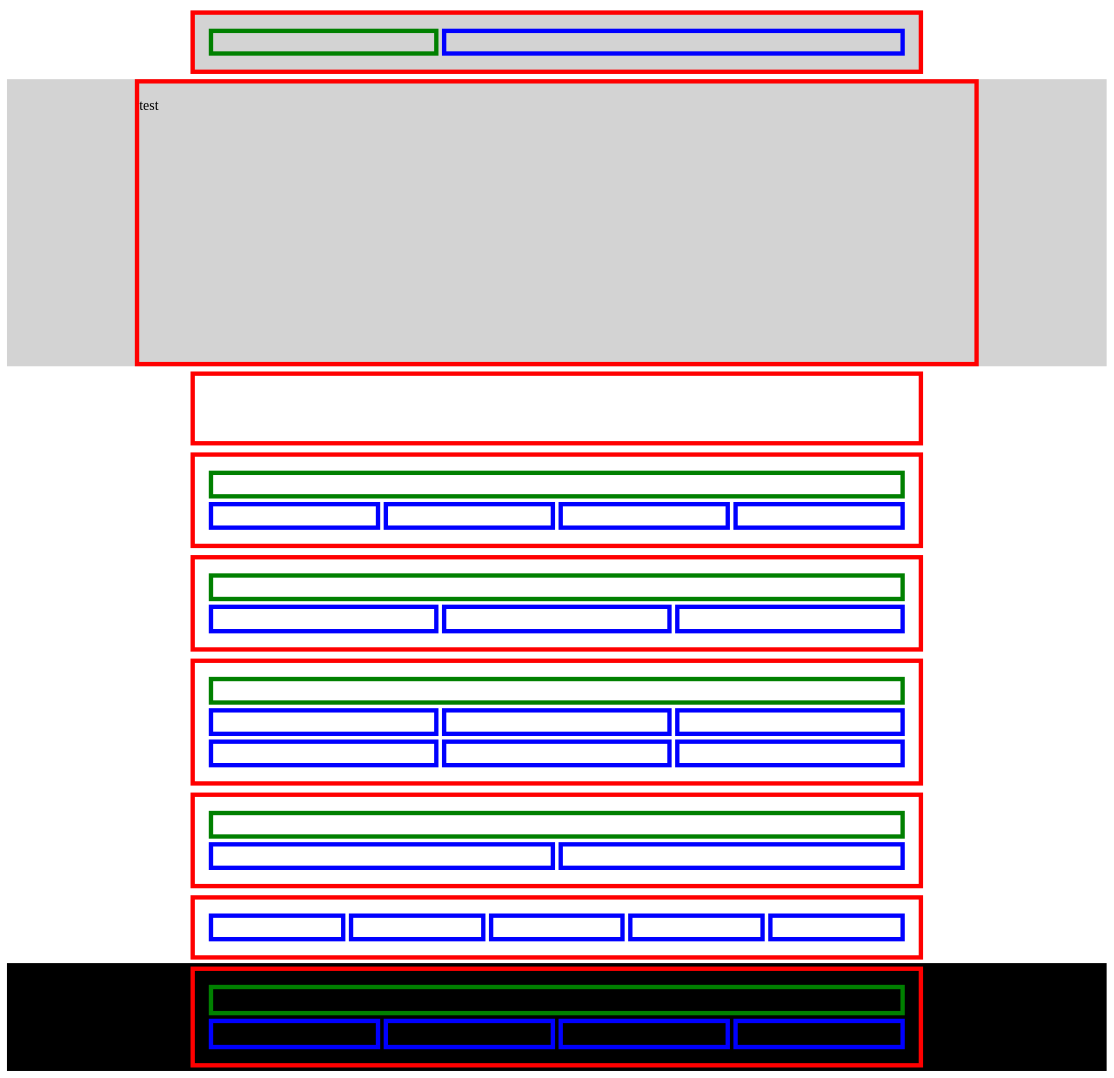
Repository: anderscederberg11/LAB2BG
Page: index.html
An editor plug-in stored every save of this project. The page is shown before and after the next save, followed by the edit.
The browser window is 1280 px wide. The pictures show the whole page, at 87% of full size.

Above is the page before, as saved 2024-01-30 22:57:41.

After the next save:
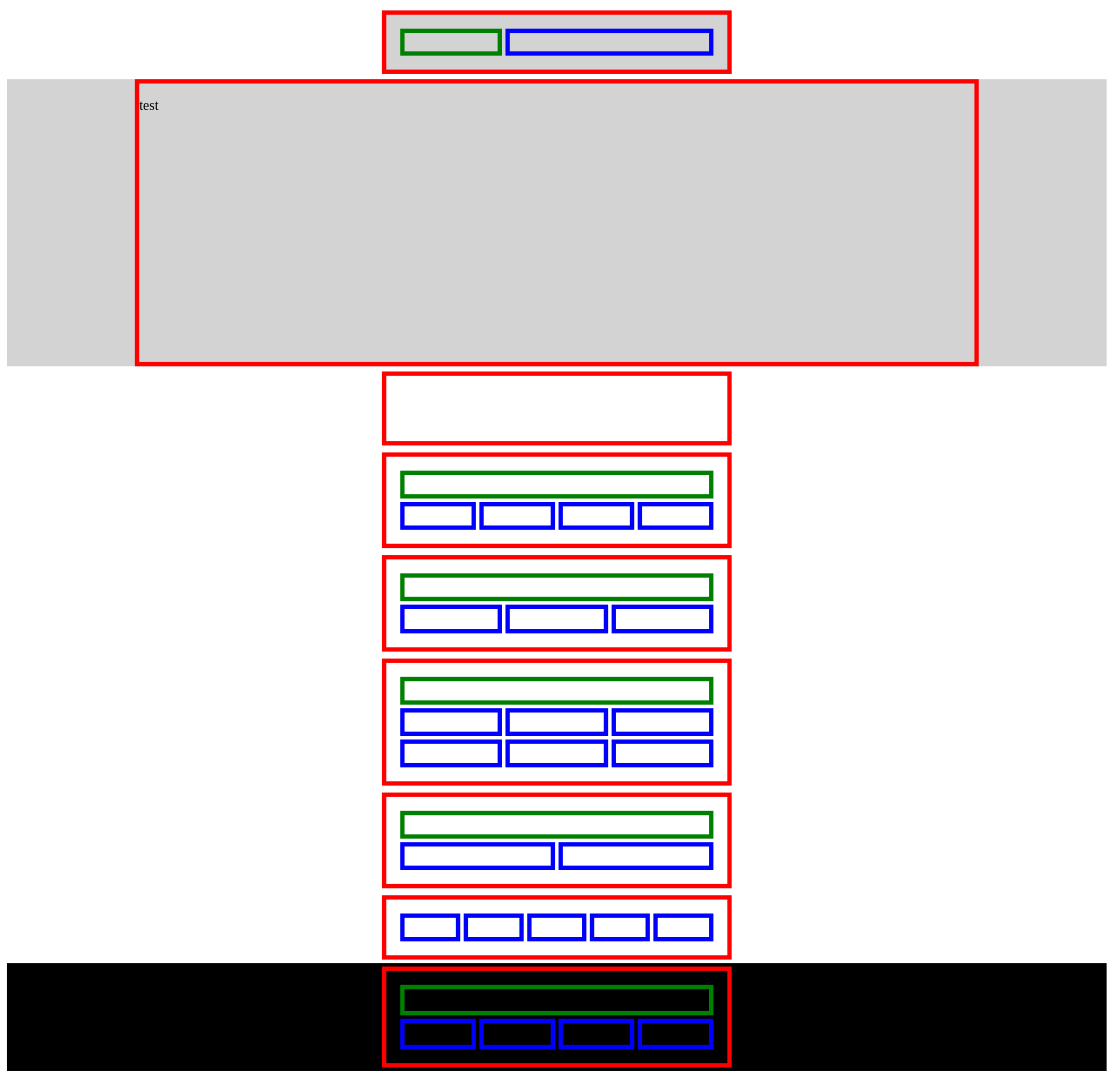
Saved 18 s later.
--- a/css/style.css
+++ b/css/style.css
@@ -44,7 +44,7 @@
 
 .headerContainer, .sectionTwo, .sectionThree, .sectionFour, .sectionFive, .sectionSix, .sectionSeven, .sectionFooter{
   display:grid;
-  width:50em;
+  width:50vh;
   grid-gap:0.25em;
   padding:1em;
   margin:0.25em;
